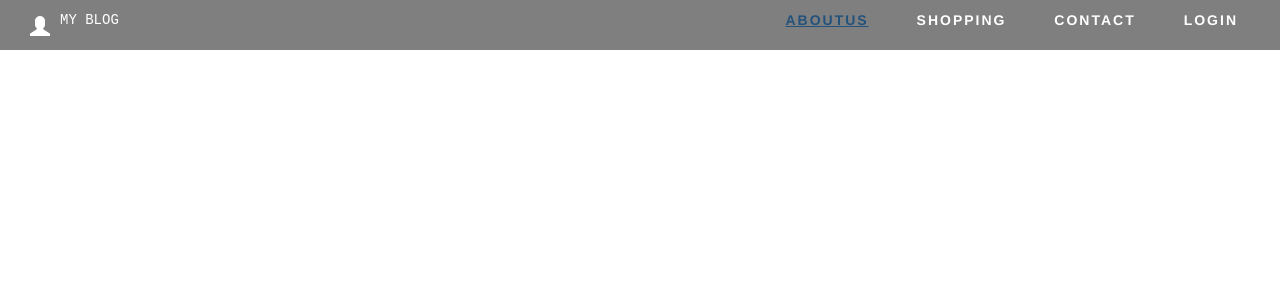
Repository: alikahwaji/HTML-CSS
Page: index.html
An editor plug-in stored every save of this project. The page is shown before and after the next save, followed by the edit.
The browser window is 1280 px wide. The pictures show the whole page.
The pointer rests on the first visible `nav li a`.

Above is the page before, as saved 2019-10-07 14:02:46.

After the next save:
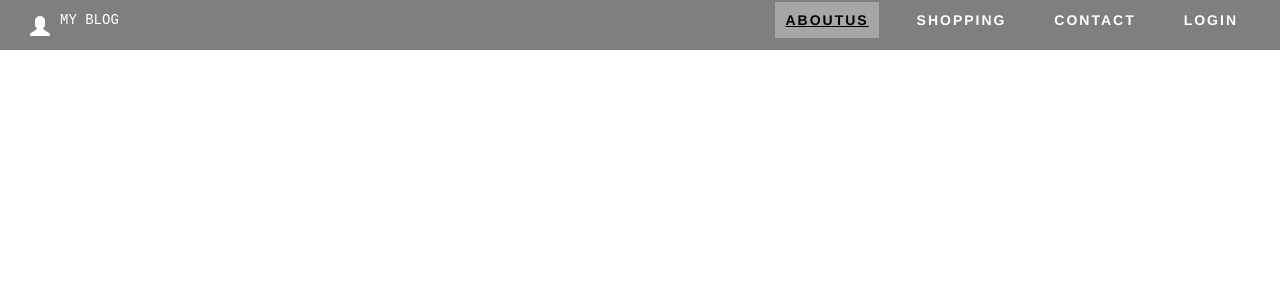
Saved 6 min 17 s later.
--- a/style.css
+++ b/style.css
@@ -38,3 +38,8 @@ nav li a {
   color: white;
   transition: all 250ms ease-in;
 }
+
+nav li a:hover{
+  background: rgba(255, 255, 255, .3);
+  color: black;
+}
